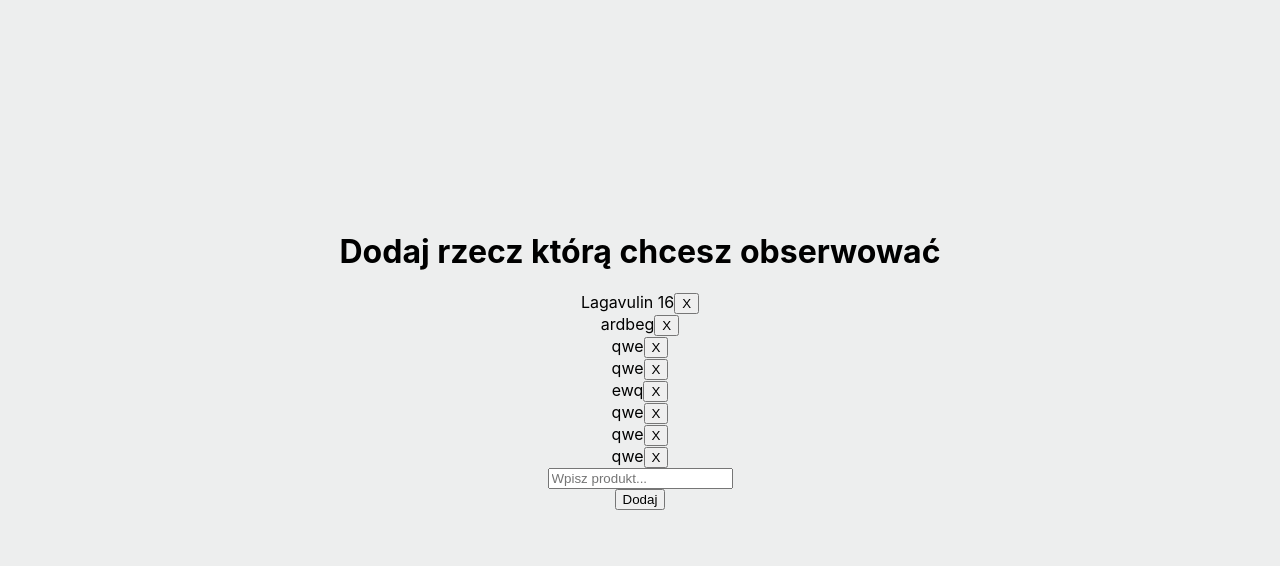
Repository: matedoo/crawler
Page: /MainApp
The author's editor kept a copy of each file at every save. The page is drawn from the files as they stood at one save, then again after the next save.
The browser window is 1280 px wide. The pictures show the whole page.
The project was rebuilt for these pictures with package versions that can differ from the ones it lists, and the page was loaded fresh each time. Requests to the local data server were answered from the project's data file. Also part of the build but not shown: src/Components/button.js, src/Components/LoginComponents/LoginApp.js, src/Components/LoginComponents/RegisterApp.js, src/Components/btnContainer.js, src/Components/heading.js, src/Components/LoginComponents/StartApp.js.

Above is the page before, as saved 2020-05-01 18:07:09.

### public/index.html
<!DOCTYPE html>
<html lang="en">
  <head>
    <meta charset="utf-8" />
    <link rel="icon" href="%PUBLIC_URL%/favicon.ico" />
    <meta name="viewport" content="width=device-width, initial-scale=1" />
    <meta name="theme-color" content="#000000" />
    <meta
      name="description"
      content="Web site created using create-react-app"
    />
    <link rel="apple-touch-icon" href="%PUBLIC_URL%/logo192.png" />
    <!--
      manifest.json provides metadata used when your web app is installed on a
      user's mobile device or desktop. See https://developers.google.com/web/fundamentals/web-app-manifest/
    -->
    <link rel="manifest" href="%PUBLIC_URL%/manifest.json" />
    <!--
      Notice the use of %PUBLIC_URL% in the tags above.
      It will be replaced with the URL of the `public` folder during the build.
      Only files inside the `public` folder can be referenced from the HTML.

      Unlike "/favicon.ico" or "favicon.ico", "%PUBLIC_URL%/favicon.ico" will
      work correctly both with client-side routing and a non-root public URL.
      Learn how to configure a non-root public URL by running `npm run build`.
    -->
    <title>Racoon</title>
  </head>
  <body>
    <noscript>You need to enable JavaScript to run this app.</noscript>
    <div id="root"></div>

  </body>
</html>

### src/App.js
import React from 'react';
import LoginApp from './Components/LoginComponents/LoginApp'
import RegisterApp from './Components/LoginComponents/RegisterApp'
import StartApp from './Components/LoginComponents/StartApp'
import MainApp from './Components/MainApp/MainApp'
import {BrowserRouter as Router, Switch, Route} from 'react-router-dom'




class App extends React.Component {

  render(){
    return (
      <Router>
        <Switch>
          <Route path='/' exact component={StartApp}></Route>
          <Route path='/LoginApp' component={LoginApp}></Route>
          <Route path='/RegisterApp' component={RegisterApp}></Route>
          <Route path='/MainApp' component={MainApp}></Route>
        </Switch>
      </Router>
    );
  }
}



export default App;

### src/Components/MainApp/MainApp.js
import React, { useState, useEffect } from 'react';
import styled, {keyframes} from 'styled-components';
import MainAppElement from './MainAppElement'


//http://localhost:4000/items

function MainApp(props) {
  const [inputValue, setInputValue] = useState('')

  const [fetchedData, setFetchedData] = useState([])
  const [dataError, setDataError] = useState(null)
  const [inputError, setInputError] = useState('')
  const [isLoading, setIsLoading] = useState(true)

  useEffect(() => {
    const myFetch = async () => {
      setIsLoading(true)

      try {
        const response = await fetch(`http://localhost:4000/items`)
        const responseParsed = await response.json()

        setIsLoading(false)
        setFetchedData(responseParsed)

      } catch(dataError){
        setIsLoading(false)
        setDataError(dataError)
      }

    }
    myFetch()
  }, [])

  if(isLoading){
    return <LoadSpinner></LoadSpinner>
  }
  if(dataError){
    return <p>Error...</p>
  }

  const handleInputChange = (event) => {
    const { value } = event.target

    setInputValue(value)

  }
  const handleButtonClick = () => {

    if(!inputValue) return;
    if(fetchedData.some(el => el.title === inputValue)){
      setInputError('Ten przedmiot już jest na liście')
      return;
    }else{
      fetch('http://localhost:4000/items', {
        method: 'POST', // or 'PUT'
        headers: {
          'Content-Type': 'application/json',
        },
        body: JSON.stringify({
          title: inputValue
      }),
      })
      .then((response) => response.json())
      .then((data) => {

        setFetchedData([...fetchedData, data])
        setInputError('')
        setInputValue('')
        console.log('Success:', data);
      })
      .catch((error) => {
        console.error('Error:', error);
      });
    }


  }

  const handleElementRemove = (elID) => {
    fetch(`http://localhost:4000/items/${elID}`, {
        method: 'DELETE', // or 'PUT'
      })
      .then(() => {
        setFetchedData(fetchedData.filter(el => el.id !== elID))

      }).catch(err => {
       console.error(err)
      });

  }

    return (
      <LoginAppStyled>
        <h1>Dodaj rzecz którą chcesz obserwować</h1>
        {fetchedData.map((el, index) => (
          <MainAppElement
            key={index}
            value={el.id}
            element={el.title}
            handleCloseClick={handleElementRemove}
          />
        ))}
        <input
          name='listelemt'
          placeholder='Wpisz produkt...'
          value={inputValue}
          onChange={handleInputChange}
        />
        <button onClick={handleButtonClick}>Dodaj</button>
        {!!inputError &&
        <p>{inputError}</p>
        }
      </LoginAppStyled>
    );

}

export default MainApp;

const loadingspin = keyframes`
  from {
    transform: rotate(0deg);
  }

  to {
    transform: rotate(360deg);
  }
`;
const LoadSpinner = styled.div`
  position: absolute;
  top: 50%;
  left: 49%;
  pointer-events: none;
	width: 2.5em;
	height: 2.5em;
	border: 0.4em solid transparent;
	border-color: #eee;
	border-top-color: #000;
	border-radius: 50%;
	animation: ${loadingspin} 1s linear infinite;
`
const AddButton = styled.button`
  width: 56px;
  height: 56px;
  color: rgba(255,255,255,1);
  &:before{
    content:"+";
  }
`
const LoginAppStyled = styled.div`
   background-color: #edeeee;
   margin: 0;
   padding:0;
   height: 100vh;
   width: 100%;
   display: flex;
   align-items: center;
   justify-content: center;
   flex-direction: column;
`

### src/Components/MainApp/MainAppElement.js
import React from 'react';
import styled from 'styled-components';

function MainAppElement(props){
    const {value, element, handleCloseClick} = props;
    return(
        <div value={value}>
            {element}
            <button onClick={ () => handleCloseClick(value)}>X</button>
        </div>

    )
}

export default MainAppElement;

### db.json
{
  "items": [
    {
      "title": "Lagavulin 16",
      "id": 1
    },
    {
      "title": "ardbeg",
      "id": 3
    },
    {
      "title": "qwe",
      "id": 4
    },
    {
      "title": "qwe",
      "id": 5
    },

    {
      "title": "ewq",
      "id": 11
    },
    {
      "title": "qwe",
      "id": 12
    },
    {
      "title": "qwe",
      "id": 13
    },
    {
      "title": "qwe",
      "id": 14
    }
  ]
}

Loaded but not shown: src/index.js (common file); src/styles/index.css (common file); src/serviceWorker.js (common file)

After the next save:
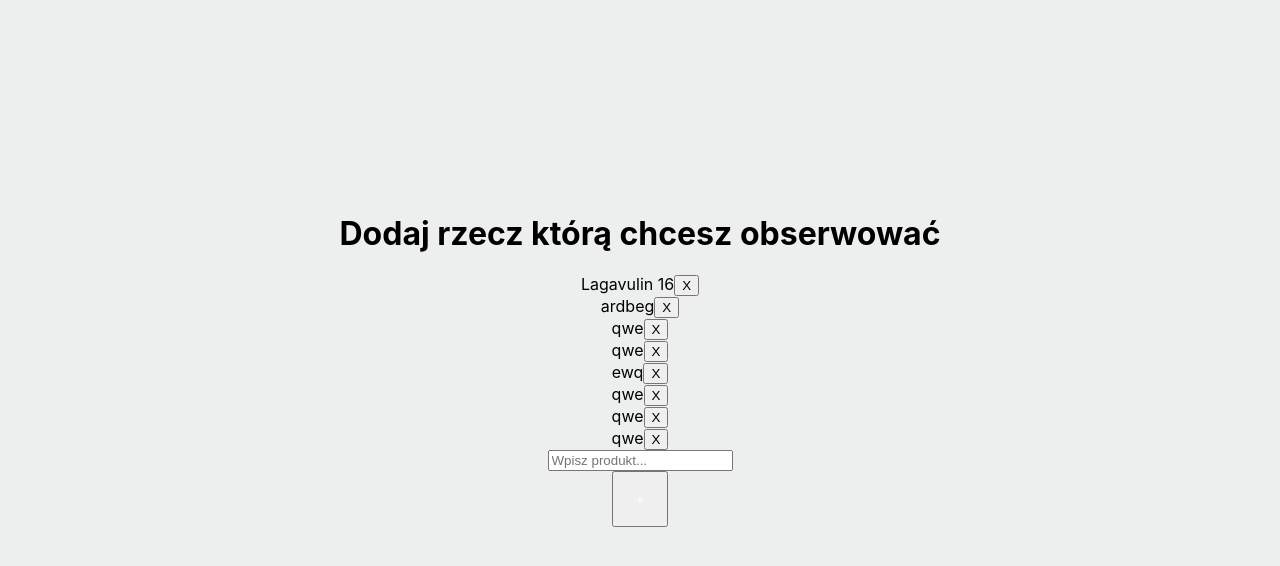
Saved 13 s later.
--- a/src/Components/MainApp/MainApp.js
+++ b/src/Components/MainApp/MainApp.js
@@ -108,7 +108,7 @@ function MainApp(props) {
           value={inputValue}
           onChange={handleInputChange}
         />
-        <button onClick={handleButtonClick}>Dodaj</button>
+        <AddButton onClick={handleButtonClick}></AddButton>
         {!!inputError &&
         <p>{inputError}</p>
         }
